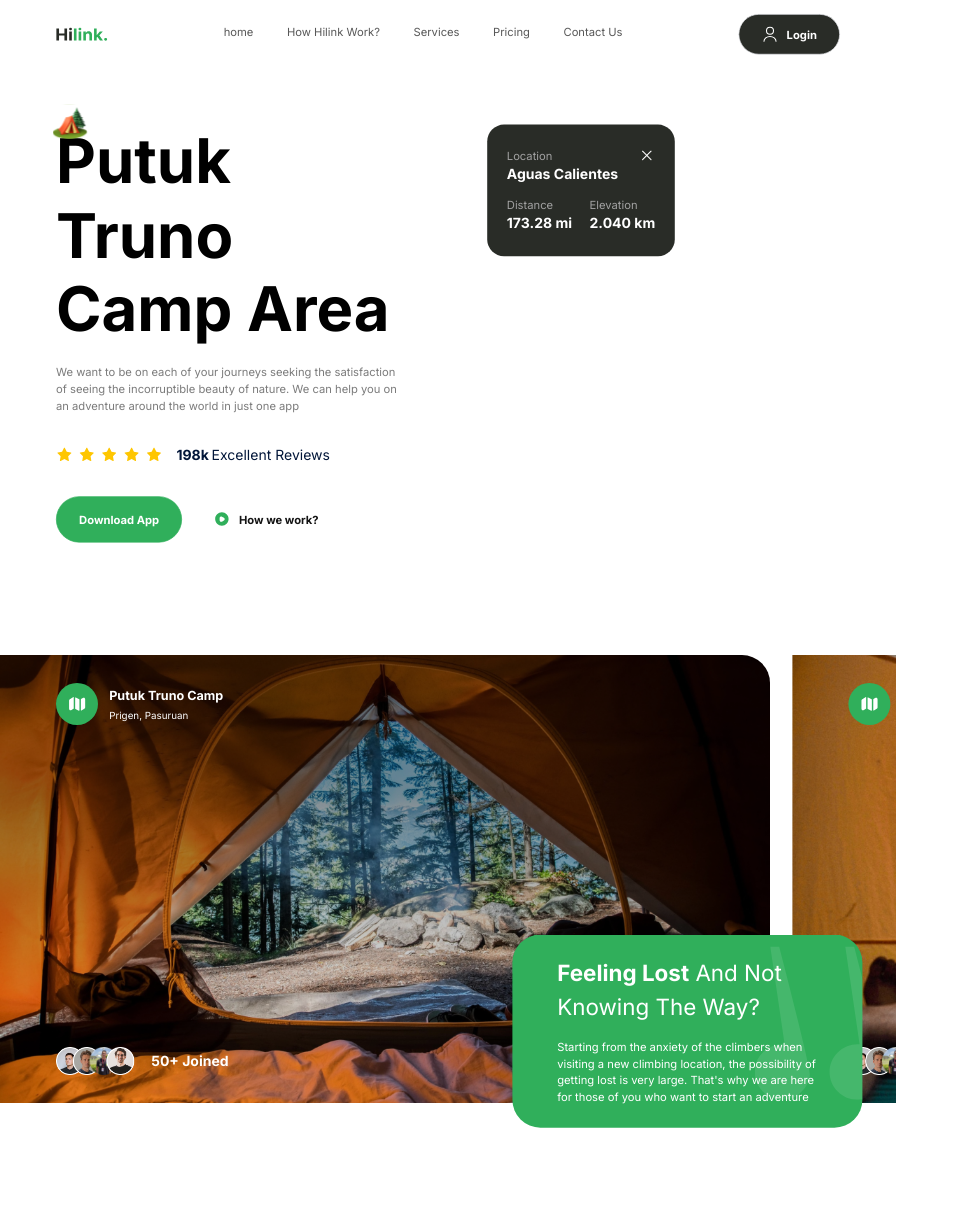
Repository: abdulrahmanmahmood/Travel-App
Page: /
The author's editor kept a copy of each file at every save. The page is drawn from the files as they stood at one save, then again after the next save.
The browser window is 1280 px wide. The page is 1280 px wide, then 1392 px, so the pictures cover 1392 px, including what lies to the right of the window. The pictures show the part of the page from y = 0 to 1760 px (the page is 4955 px tall), at 70% of full size.
The project was rebuilt for these pictures with package versions that can differ from the ones it lists, and the page was loaded fresh each time. The framework's server and built-in components were replaced by stand-ins that run in the browser. Also part of the build but not shown: next.config.js.

Above is the page before, as saved 2023-11-10 10:42:08.

### app/layout.tsx
import './globals.css'
import type { Metadata } from 'next';
import './globals.css'
import Navbar from '@/components/Navbar';
import Footer from '@/components/Footer';


export const metadata: Metadata = {
  title: 'Travel',
  description: 'Travel UI/UX App for camping',
}

export default function RootLayout({
  children,
}: {
  children: React.ReactNode
}) {
  return (
    <html lang="en">
      <body >
        <Navbar/>
        {children}
        <Footer/>
      </body>
    </html>
  )
}

### app/page.tsx
import Features from "@/components/Features"
import GetApp from "@/components/GetApp"
import Guide from "@/components/Guide"
import Hero from "@/components/Hero"
import Camp from "@/components/camp"

export default function Home() {
  return (
    <>
    <Hero/>
    <Camp/>
    <Guide/>
    <Features/>
    <GetApp/>
 </>
  )
}

### app/globals.css
@import url('https://fonts.googleapis.com/css2?family=Inter:wght@400;500;600;700;800&display=swap');

@tailwind base;
@tailwind components;
@tailwind utilities;

* {
  margin: 0;
  padding: 0;
  box-sizing: border-box;
}

body {
  font-family: Inter;
}

@layer utilities {
  .btn_white {
    @apply  border-white bg-white px-8 py-3 text-green-50
  }
  .btn_white_text  {
    @apply  border-white bg-white px-8 py-3 text-gray-90
  }
  .btn_green  {
    @apply  border-green-50 bg-green-50 px-8 py-5 text-white
  }
  .btn_dark_green {
    @apply  bg-green-90 px-8 py-4 text-white transition-all hover:bg-black
  }
  .btn_dark_green_outline  {
    @apply border-gray-20 bg-green-90 px-8 py-5 text-white
  }

  .max-container {
    @apply mx-auto max-w-[1440px];
  }

  .padding-container {
    @apply px-6 lg:px-20 3xl:px-0;
  }

  .flexCenter {
    @apply flex items-center justify-center;
  }

  .flexBetween {
    @apply flex items-center justify-between;
  }

  .flexStart {
    @apply flex items-center justify-start;
  }

  .flexEnd {
    @apply flex items-center justify-end;
  }

  /* FONTS */
  .regular-64 {
    @apply text-[64px] font-[400] leading-[120%];
  }

  .regular-40 {
    @apply text-[40px] font-[400] leading-[120%];
  }

  .regular-32 {
    @apply text-[32px] font-[400];
  }

  .regular-24 {
    @apply text-[24px] font-[400];
  }

  .regular-20 {
    @apply text-[20px] font-[400];
  }

  .regular-18 {
    @apply text-[18px] font-[400];
  }

  .regular-16 {
    @apply text-[16px] font-[400];
  }

  .regular-14 {
    @apply text-[14px] font-[400];
  }

  .medium-14 {
    @apply text-[14px] font-[600];
  }

  .bold-88 {
    @apply text-[88px] font-[700] leading-[120%];
  }

  .bold-64 {
    @apply text-[64px] font-[700] leading-[120%];
  }

  .bold-52 {
    @apply text-[52px] font-[700] leading-[120%];
  }

  .bold-40 {
    @apply text-[40px] font-[700] leading-[120%];
  }

  .bold-32 {
    @apply text-[32px] font-[700] leading-[120%];
  }

  .bold-20 {
    @apply text-[20px] font-[700];
  }

  .bold-18 {
    @apply text-[18px] font-[700];
  }

  .bold-16 {
    @apply text-[16px] font-[700];
  }

  /* Hero */
  .hero-map {
    @apply absolute right-0 top-0 h-screen w-screen bg-pattern-2 bg-cover bg-center md:max-w-[00px] md:-right-28 md:mt-[50px] xl:-top-60;
  }

  /* Camp */
  .camp-quote {
    @apply absolute -right-6 bottom-4 w-[140px] lg:bottom-10 xl:-right-8 xl:w-[186px] 3xl:right-0;
  }

  /* Feature */
  .feature-phone {
    @apply absolute top-[13%] z-10 hidden max-w-[1500px] rotate-[15deg] md:-left-16 lg:flex  3xl:left-20;
  }

  /* Get App */
  .get-app {
    @apply max-container relative flex w-full  flex-col justify-between gap-32 overflow-hidden bg-green-90 bg-pattern bg-cover bg-center bg-no-repeat px-6 py-12 text-white sm:flex-row sm:gap-12 sm:py-24 lg:px-20 xl:max-h-[598px] 2xl:rounded-5xl;
  }
}

/* Hide scrollbar for Chrome, Safari and Opera */
.hide-scrollbar::-webkit-scrollbar {
  display: none;
}

/* Hide scrollbar for IE, Edge and Firefox */
.hide-scrollbar {
  -ms-overflow-style: none; /* IE and Edge */
  scrollbar-width: none; /* Firefox */
}

### components/Navbar.tsx
import { NAV_LINKS } from "@/constants";
import Image from "next/image";
import Link from "next/link";
import Button from "./Button";

const Navbar = () => {
  return (
    <nav
      className=" flexBetween max-container padding-container relative z-30
    py-5"
    >
      <Link href="/">
        <Image src="/hilink-logo.svg" alt="logo" width={74} height={28} />
      </Link>
      <ul className="hidden h-full gap-12 lg:flex">
        {NAV_LINKS.map((link) => (
          <Link
            href={link.href}
            key={link.key}
            className="regular-16 text-gray-50 flexCenter cursor-pointer pb-1.5 transition-all hover:font-bold"
          >
            {link.label}
          </Link>
        ))}
      </ul>
      <div className="lg:flexCenter  hidden ">
        <Button
          type="button"
          title="Login"
          icon="/user.svg"
          variant="btn_dark_green"
        />
      </div>
      <Image
        src="/menu.svg"
        alt="menu"
        width={32}
        height={32}
        className="inline-block cursor-pointer lg:hidden"
      />
    </nav>
  );
};

export default Navbar;

### components/Footer.tsx
import { FOOTER_CONTACT_INFO, FOOTER_LINKS, SOCIALS } from "@/constants";
import Image from "next/image";
import Link from "next/link";
import React from "react";

const Footer = () => {
  return (
    <footer className="flexCenter mb-24 ">
      <div className="padding-container max-container flex w-full flex-col gap-14 ">
        <div className="flex flex-col items-start justify-center gap-[10%] md:flex-row ">
          <Link href="/" className="mb-10">
            <Image src="hilink-logo.svg" alt="logo" width={74} height={29} />
          </Link>
          <div className="flex flex-wrap gap-10 sm:justify-between md:flex-1">
            {FOOTER_LINKS.map((columns) => (
              <FooterColumn title={columns.title}>
                <ul className="regular-14 flex flex-col gap-4 text-gray-30">
                  {columns.links.map((link) => (
                    <Link href="/" key={link}>
                      {link}
                    </Link>
                  ))}
                </ul>
              </FooterColumn>
            ))}

            <div className="flex flex-col gap-5">
                    <FooterColumn title={FOOTER_CONTACT_INFO.title}>
                      {FOOTER_CONTACT_INFO.links.map((link)=>(
                        <Link href='/' key={link.label} className="flex gap-4 md:flex-col lg:flex-row">
                        <p className="whitespace-nowrap">
                          {link.label}:
                        </p>
                        <p className="medium-14 whitespace-nowrap text-blue-70">{link.value}</p>
                        </Link>
                      ))}
                    </FooterColumn>
            </div>
            <div className="flex flex-col gap-5 ">
                      <FooterColumn title={SOCIALS.title}>
                          <ul className="regular-14 flex gap-4 text-gray-30">
                            {SOCIALS.links.map((link)=>(
                              <Link href='link' key={link}>
                                <Image src={link} alt="logo" width={24} height={24}/>
                              </Link>
                            ))}
                          </ul>
                      </FooterColumn>
            </div>
          </div>
        </div>
        <div className="border bg-gray-20 "/>
        <p className="regular-14 w-full text-center text-gray-30">2023 Hilink | All rights reserved</p>
      </div>
    </footer>
  );
};
type FooterColumnProps = {
  title: string;
  children: React.ReactNode;
};

const FooterColumn = ({ title, children }: FooterColumnProps) => {
  return (
    <div className="flex flex-col gap-5 ">
      <h4 className="bold-18 whitespace-nowrap">{title}</h4>
      {children}
    </div>
  );
};

export default Footer;

### components/Features.tsx
import { FEATURES } from "@/constants";
import Image from "next/image";
import { title } from "process";

function Features() {
  return (
    <section className=" flex-col  flexCenter overflow-hidden bg-feature-bg bg-center bg-no-repeat py-24">
      <div className="flex max-container padding-container relative w-full justify-end">
        <div className="flex flex-1 lg:min-h-[900px]">
          <Image
            src="/phone.png"
            alt="phone"
            height={1000}
            width={440}
            className="feature-phone"
          />
        </div>
        <div className="z-20 flex w-full flex-col  lg:w-[60%]">
          <div className="relative ">
            <Image
              src="/camp.svg"
              alt="camp"
              width={50}
              height={50}
              className="absolute top-[-30px] left-[5px] w-10 lg:w-[50px]"
            />
            <h2 className="bold-40 lg:bold-64 -mt-1">Our Features</h2>
          </div>
          <ul className="mt-10 grid gap-10 md:grid-cols-2 lg:mt-20 lg:gap-20 ">
            {FEATURES.map((feature) => (
              <FeatureItem
                key={feature.title}
                icon={feature.icon}
                title={feature.title}
                description={feature.description}
              />
            ))}
          </ul>
        </div>
      </div>
    </section>
  );
}
type FeatureItem = {
  title: string;
  icon: string;
  description: string;
};

const FeatureItem = ({ title, icon, description }: FeatureItem) => {
  return(
  <li className="flex w-full flex-1 flex-col items-start">
    <div className="rounded-full p-4 lg:p-7 bg-green-50">
      <Image src={icon} alt="featureItemImage" width={28} height={28}/>
    </div>
    <h2 className="bold-20 lg:bold-32  mt-5 capitalize">{title}</h2>
    <p className="regular-16 mt-5 bg-white/80 text-gray-30 lg:mt-[30px] lg:bg-none">{description}</p>
  </li>)
};

export default Features;

### components/GetApp.tsx
import Image from "next/image";
import Button from "./Button";

function GetApp() {
  return (
    <section className="flexCenter w-full flex-col pb-[100px]">
      <div className="get-app">
        <div className=" z-20 flex w-full flex-1 flex-col items-start justify-center gap-12">
          <h2 className="bold-40 lg:bold-64 xl:max-w-[320px]">
            Get for free now!{" "}
          </h2>
          <p className="regular-16 text-gray-10">
            Available on iOS and Android
          </p>
          <div className="flex w-full flex-col gap-3 whitespace-nowrap xl:flex-row">
            <Button
              type="button"
              title="App Store"
              variant="btn_white"
              icon="/apple.svg"
              full
            />
            <Button
              type="button"
              title="Play Store "
              variant="btn_dark_green_outline"
              icon="/android.svg"
              full
            />
          </div>
        </div>
        <div className="flex flex-1 items-center justify-end">
          <Image src='/phones.png' alt="phones" width={550} height={870}/>
        </div>
      </div>
    </section>
  );
}

export default GetApp;

### components/Guide.tsx
import Image from "next/image";

function Guide() {
  return (
    <section className="flexCenter flex-col">
      <div className=" padding-container max-container w-full pb-24  ">
        <Image src="/camp.svg" alt="camp" width={50} height={50} />
        <p className="uppercase text-xl bold text-green-500 -mt-1 mb-3 ">
          WE ARE here FOR YOU
        </p>
        <div className="flex flex-wrap justify-between gap-5 lg:gap-10">
          <h2 className="capitalize  bold-40 lg:bold-64 xl:max-w-[390px]">
            Guide You to Easy Path
          </h2>
          <p className=" regular-16 text-gray-30 xl:max-w-[520px]">
            Only with the hilink application you will no longer get lost and get
            lost again, because we already support offline maps when there is no
            internet connection in the field. Invite your friends, relatives and
            friends to have fun in the wilderness through the valley and reach
            the top of the mountain
          </p>
        </div>
      </div>
      <div className=" flexCenter max-container relative w-full ">
        <Image
          src="/boat.png"
          alt="image"
          width={1440}
          height={580}
          className="w-full object-cover object-center 2xl:rounded-5"
        />
        <div className="absolute flex bg-white py-8 pl-5 pr-7 gap-3 rounded-3xl border shadow-md md:left-[5%] lg:top-20">
          <Image src='/meter.svg' alt="meter" width={15} height={158} className="h-full w-auto"/>
          <div className="flexBetween flex-col ">
            <div className="flex w-full flex-col">
              <div className="flexBetween w-full ">
                <p className="regular-16 text-gray-500">Destination</p>
                <p className="bold-16 text-green-50">48 min</p>
              </div>
              <p className="bold-20 mt-2 mb-2 ">Aguas Calientes</p>
            </div>
            <div className="flex w-full flex-col">
              <p className="regular-16 text-gray-500 mt-4">Start track</p>
              <h4 className="bold-20 mt-2 whitespace-nowrap">Wonorejo Pasuruan</h4>
            </div>
          I</div>
        </div>
      </div>
    </section>
  );
}

export default Guide;

### components/Hero.tsx
import Image from "next/image";
import Button from "./Button";

function Hero() {
  return (
    <section className="max-container padding-container flex flex-col gap-20 py-10 pb-32 md:gap-28 lg:py-20 xl:flex-row">
      {/* LEFT */}
      <div className="hero-map " />

      <div className="relative z-20 flex flex-1 flex-col xl:w-1/2">
        <Image
          src="/camp.svg"
          alt="camp"
          width={50}
          height={50}
          className="absolute left-[-5px] top-[-30px] w-10 lg:w-[50px]"
        />
        <h1 className="bold-52 lg:bold-88">Putuk Truno Camp Area</h1>
        <p className="regular-16 mt-6 text-gray-30 xl:max-w-[520px]">
          We want to be on each of your journeys seeking the satisfaction of
          seeing the incorruptible beauty of nature. We can help you on an
          adventure around the world in just one app
        </p>
        <div className="my-11 flex flex-wrap gap-5">
          <div className="flex items-center gap-2">
            {Array(5)
              .fill(1)
              .map((_, index) => (
                <Image
                  key={index}
                  src="/star.svg"
                  alt="star"
                  width={24}
                  height={24}
                />
              ))}
          </div>
          <p className="bold-16 lg:bold-20 text-blue-70">
            198k
            <span className="regular-16 lg:regular-20 ml-1 ">
              Excellent Reviews
            </span>
          </p>
        </div>
        <div className="flex flex-col w-full gap-3 sm:flex-row">
          <Button
            type={"button"}
            title={"Download App"}
            variant={"btn_green"}
          />
          <Button
            type={"button"}
            title={"How we work?"}
            variant={"btn_white_text"}
            icon="/play.svg"
          />
        </div>
      </div>

      <div className="relative flex flex-1 items-start ">
        <div className="relative z-20 w-[268px] flex-col gap-8 rounded-3xl bg-green-90 px-7 py-8">
          <div className="fle flex-col">
            <div className="flexBetween">
              <p className="regular-16 text-gray-20">Location</p>
              <Image src="/close.svg" alt="close" width={24} height={24} />
            </div>
            <p className="bold-20 text-white">Aguas Calientes</p>
          </div>

          <div className="flexBetween  pt-4">
            <div className="flex flex-col">
              <p className="regular-16 block text-gray-20">Distance</p>
              <p className="bold-20 text-white">173.28 mi</p>
            </div>
            <div className="flex flex-col">
              <p className="regular-16 block text-gray-20">Elevation</p>
              <p className="bold-20 text-white">2.040 km</p>
            </div>
          </div>
        </div>
      </div>
    </section>
  );
}

export default Hero;

### components/camp.tsx
import { PEOPLE_URL } from "@/constants";
import Image from "next/image";
import { type } from "os";

interface CampProps {
  backgroundImage: string;
  title: string;
  subtitle: string;
  peoplejoined: string;
}

const CampSite = ({
  backgroundImage,
  title,
  subtitle,
  peoplejoined,
}: CampProps) => {
  return (
    <div
      className={`h-full w-full min-w-[1100px] ${backgroundImage} bg-cover bg-no-repeat lg:rounded-r-5xl 2xl:rounded-5xl `}
    >
      <div className="flex h-full flex-col items-start justify-between p-6 lg:px-20 lg:py-10 ">
        <div className=" flexCenter gap-4">
          <div className="rounded-full bg-green-50 p-4">
            <Image src="/folded-map.svg" alt="folded" height={28} width={28} />
          </div>
          <div className="flex flex-col gap-1">
            <h4 className="bold-18 text-white">{title}</h4>
            <p className="regular-14 text-white">{subtitle}</p>
          </div>
        </div>
        <div className="flexCenter gap-6 ">
          <span className="flex -space-x-4 overflow-hidden">
            {PEOPLE_URL.map((url, index) => (
              <Image
                src={url}
                key={index}
                height={53}
                width={53}
                alt="alt"
                className="inline-block h-10 w-10 r-4"
              />
            ))}
          </span>
          <p className="bold-16 md:bold-20 text-white">{peoplejoined}</p>
        </div>
      </div>
    </div>
  );
};

function camp() {
  return (
    <section className=" 2xl:max-container relative flex flex-col py-10 lg-mb-10 lg:py-20 xl:mb-20">
      <div className="hide-scrollbar flex h-[340px] w-full items-start justify-start gap-8 overflow-x-auto lg:h[400px] xl:h-[640px]">
        <CampSite
          backgroundImage="bg-bg-img-1"
          title="Putuk Truno Camp"
          subtitle="Prigen, Pasuruan"
          peoplejoined="50+ Joined"
        />
        <CampSite
          backgroundImage="bg-bg-img-2"
          title="Mountain View Camp"
          subtitle="Somewhere in the Wilderness"
          peoplejoined="50+ Joined"
        />
      </div>

      <div className=" flexEnd  mt-10 px-6 lg:-mt-60 lg:mr-6 ">
        <div
          className="bg-green-50 p-8 lg:max-w-[500px] xl:max-[734px]
        xl:rounded-5xl xl:px-16 px:py-20 relative w-full overflow-hidden rounded-3xl "
        >
          <h2 className="regular-24 md:regular-32 2xl:regular-64 text-white capitalize">
            <strong>Feeling Lost</strong> And Not Knowing The Way?
          </h2>
          <p className="regular-14 xl:regular-16 mt-5 text-white">
            Starting from the anxiety of the climbers when visiting a new
            climbing location, the possibility of getting lost is very large.
            That's why we are here for those of you who want to start an
            adventure
          </p>
          <Image
            src="/quote.svg"
            alt="camp-2"
            width={186}
            height={219}
            className="camp-quote"
          />
        </div>
      </div>
    </section>
  );
}

export default camp;

### constants/index.ts
export const NAV_LINKS = [
  {href:"/", key:"home", label:"home"},
  { href: '/', key: 'how_hilink_work', label: 'How Hilink Work?' },
  { href: '/', key: 'services', label: 'Services' },
  { href: '/', key: 'pricing ', label: 'Pricing ' },
  { href: '/', key: 'contact_us', label: 'Contact Us' },
]

export const PEOPLE_URL = [
  '/person-1.png',
  '/person-2.png',
  '/acpc-modified (1).png',
  '/person-4.png',
];


export const FEATURES = [
  {
    title: 'Real maps can be offline',
    icon: '/map.svg',
    variant: 'green',
    description:
      'We provide a solution for you to be able to use our application when climbing, yes offline maps you can use at any time there is no signal at the location',
  },
  {
    title: 'Set an adventure schedule',
    icon: '/calendar.svg',
    variant: 'green',
    description:
      "Schedule an adventure with friends. On holidays, there are many interesting offers from Hilink. That way, there's no more discussion",
  },
  {
    title: 'Technology using augment reality',
    icon: '/tech.svg',
    variant: 'green',
    description:
      'Technology uses augmented reality as a guide to your hiking trail in the forest to the top of the mountain. Already supported by the latest technology without an internet connection',
  },
  {
    title: 'Many new locations every month',
    icon: '/location.svg',
    variant: 'orange',
    description:
      'Lots of new locations every month, because we have a worldwide community of climbers who share their best experiences with climbing',
  },
];


export const FOOTER_LINKS = [
  {
    title: 'Learn More',
    links: [
      'About Hilink',
      'Press Releases',
      'Environment',
      'Jobs',
      'Privacy Policy',
      'Contact Us',
    ],
  },
  {
    title: 'Our Community',
    links: ['Climbing xixixi', 'Hiking hilink', 'Hilink kinthill'],
  },
];

export const FOOTER_CONTACT_INFO = {
  title: 'Contact Us',
  links: [
    { label: 'Admin Officer', value: '123-456-7890' },
    { label: 'Email Officer', value: 'hilink@akinthil.com' },
  ],
};

export const SOCIALS = {
  title: 'Social',
  links: [
    '/facebook.svg',
    '/instagram.svg',
    '/twitter.svg',
    '/youtube.svg',
    '/wordpress.svg',
  ],
};

### components/Button.tsx
import Image from "next/image";

type ButtonProps = {
  type: "button" | "submit";
  title: string;
  icon?: string;
  variant: string;
  full?:boolean;
};

function Button({ type, title, icon, variant, full }: ButtonProps) {
  return (
    <button
      type={type}
      className={`flexCenter gap-3 rounded-full border ${variant} ${full && 'w-full'}`}
    >
      {icon && <Image src={icon} alt={title} width={24} height={24} />}
      <label className="bold-16 whitespace-nowrap cursor-pointer">{title}</label>
    </button>
  );
}

export default Button;

Loaded but not shown: tailwind.config.ts (common file)

After the next save:
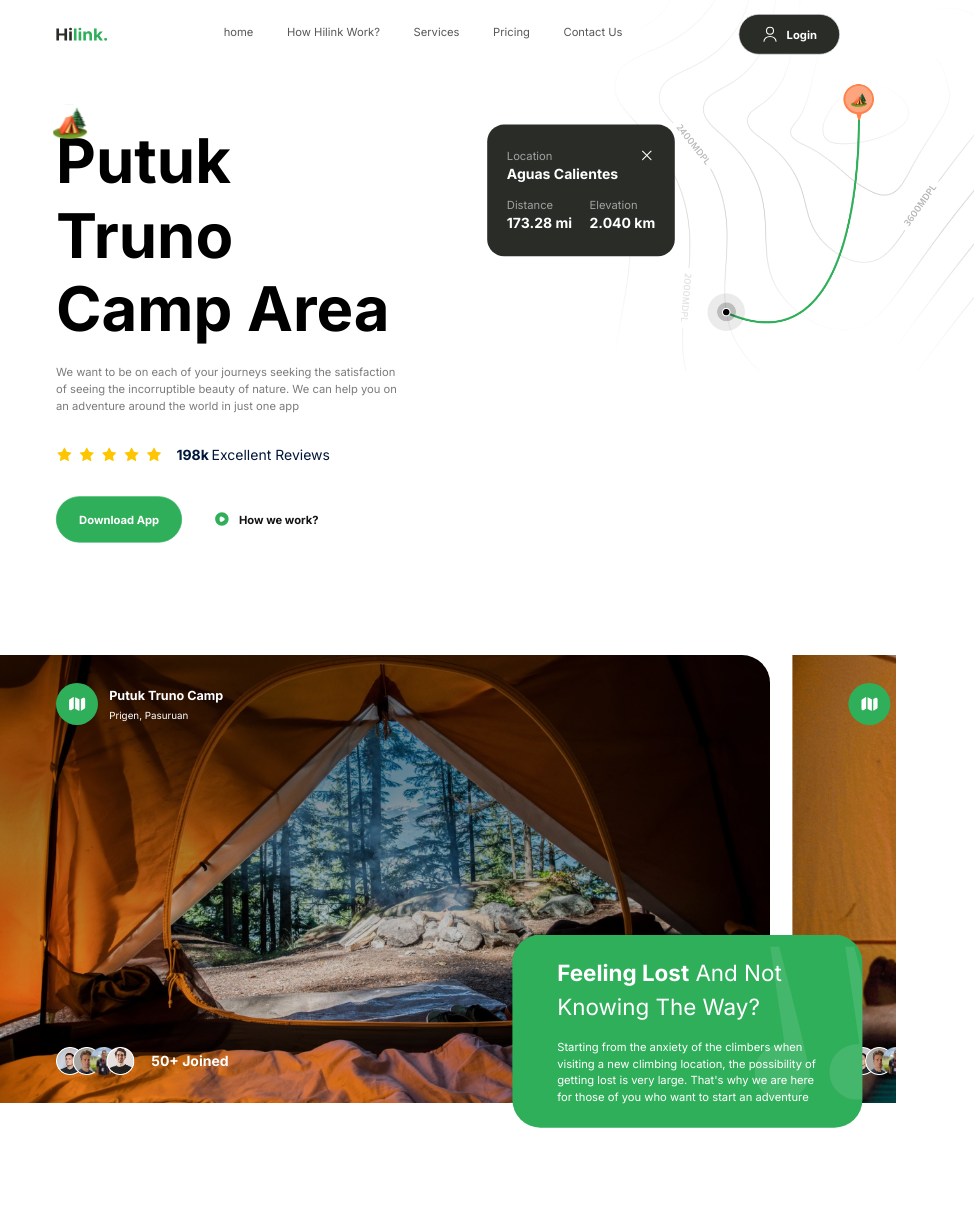
Saved 1 s later.
--- a/app/globals.css
+++ b/app/globals.css
@@ -126,7 +126,7 @@ body {
 
   /* Hero */
   .hero-map {
-    @apply absolute right-0 top-0 h-screen w-screen bg-pattern-2 bg-cover bg-center md:max-w-[00px] md:-right-28 md:mt-[50px] xl:-top-60;
+    @apply absolute right-0 top-0 h-screen w-screen bg-pattern-2 bg-cover bg-center md:max-w-[800px] md:-right-28 md:mt-[50px] xl:-top-60;
   }
 
   /* Camp */
